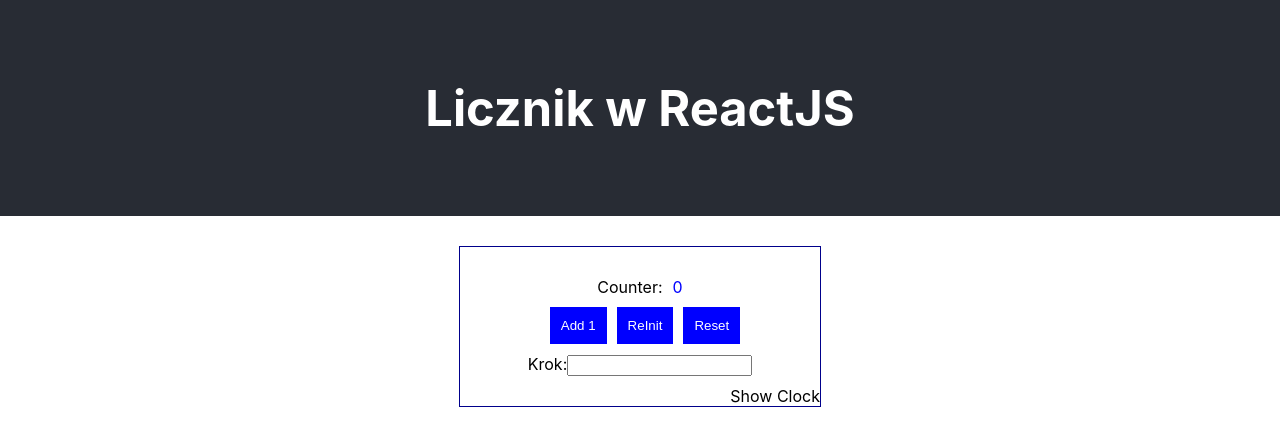
Repository: magdaf41/react-counter-app
Page: /
The author's editor kept a copy of each file at every save. The page is drawn from the files as they stood at one save, then again after the next save.
The browser window is 1280 px wide. The pictures show the whole page.
The project was rebuilt for these pictures with package versions that can differ from the ones it lists, and the page was loaded fresh each time. Also part of the build but not shown: src/Clock.js.

Above is the page before, as saved 2020-10-06 21:08:57.

### src/App.js
import React from 'react';
import './App.css';

import Counter from  './Counter';

function App() {
  return (
    <div className="App">
      <header className="App-header">
        <h1>Licznik w ReactJS</h1>
      </header>
      <Counter initValue={0}>
      </Counter>

    </div>
  );

}
export default App;

### src/Counter.js
import React, { Component } from 'react';
import "./Counter.css";

import Display from './Display';
import ButtonsPanel from './ButtonsPanel';
import Step from './Step';
import Clock from './Clock';

// import { Component } from 'react';

class Counter extends Component {

    constructor(props) {
        super(props);

        this.state = {
            counterValue: this.props.initValue,
            showClock: false,
            stepValue: 5

        };
    }

    changeValue = (action) => {

        console.log('zmieniam wartość')



        this.setState((prevState, prevProps) => {

            let currentCounterValue = prevState.counterValue;


            if (action === 'add') {
                currentCounterValue += this.state.stepValue;
            } else if (action === 'reinit') {
                currentCounterValue = prevProps.initValue;
            } else {
                currentCounterValue = 0;
            }


            return ({
                counterValue: currentCounterValue

            });
        });

    }
    render() {

        let clockElement = '';
        if (this.state.showClock) {
            clockElement = <Clock/>;
        } else {
            clockElement = <span className="show-clock">Show Clock</span>;
        }


        return (
            <div className="counter">
                Counter:
                <Display displayValue={this.state.counterValue} />
                <ButtonsPanel buttonMethod={this.changeValue} />
                {clockElement}
                <Step />



            </div>
        );
    }
}

export default Counter;




// function Counter(props) {

//     let randomNumber = Math.floor(Math.random() * (108 - 1 + 1) + 1);

//     return (
//         <div className="counter">
//             Counter:
//             <span className="value">
//                 {props.initValue}
//             </span>
//         </div>
//     );
// }

// export default Counter;

### src/Counter.css
.counter {
    position: relative;
    border: 1px solid darkblue;
    padding: 30px;
    width: 300px;
    left: 0;
    right: 0;
    margin: 30px auto;
}

.counter span.value {
    margin-left: 10px;

}

### src/Display.js
import React from 'react';
import './Display.css';

function Display(props) {
    return(
        <span className={`value ${(props.displayValue <= 5) ? 'blue' : 'red'}`}>
            {props.displayValue}
        </span>
    );
}

export default Display;

### src/ButtonsPanel.js
import React from 'react';

import './ButtonsPanel.css'

function ButtonsPanel(props) {

    return (
        <div className="buttons-panel">
            <button onClick={() => {
                props.buttonMethod('add');
            }}>Add 1</button>
            <button onClick={() => {
                props.buttonMethod('reinit');
            }}>ReInit</button>
            <button onClick={() => {
                props.buttonMethod('reset');
            }}>Reset</button>
        </div>
    );
}

export default ButtonsPanel;

### src/Step.js

import React, { Component } from 'react';


class Step extends Component {

    constructor(props) {
        super(props);

        this.state = 5;

    }

    render() {
        return (
            <div>
                Krok:
                <input ref={(data) => { this._inputStep = data }} type="number" />
            </div>


        )
    }
}

export default Step;

### src/ButtonsPanel.css
button {
    margin: 10px 0 10px 10px;
    padding: 10px;
    background-color: blue;
    color: white;
    border: 1px solid blue;
    outline: 0;
}

button:hover {
    background-color: darkblue;
    border: 1px solid darkblue;
    cursor: pointer;
    outline: 0;
}

### src/Clock.css
.clock {
    position: absolute;
    bottom: 5px;
    right: 5px;

}

.clock h4 {
    margin: 0;
    font-size: 10px;
    font-weight: lighter;
}

.clock h4 span {
    font-weight: bold;
    color: lightcoral;
}

.clock h4 span:hover {
    text-decoration: underline;
    color: red;
    cursor: pointer;
}

.counter .show-clock {
    display: inline-block;
    position: absolute;
    bottom: 0;
    right: 0;

}

Loaded but not shown: public/index.html (common file); src/index.js (common file); src/index.css (common file); src/serviceWorker.js (common file); src/App.css (common file); src/Display.css (common file)

After the next save:
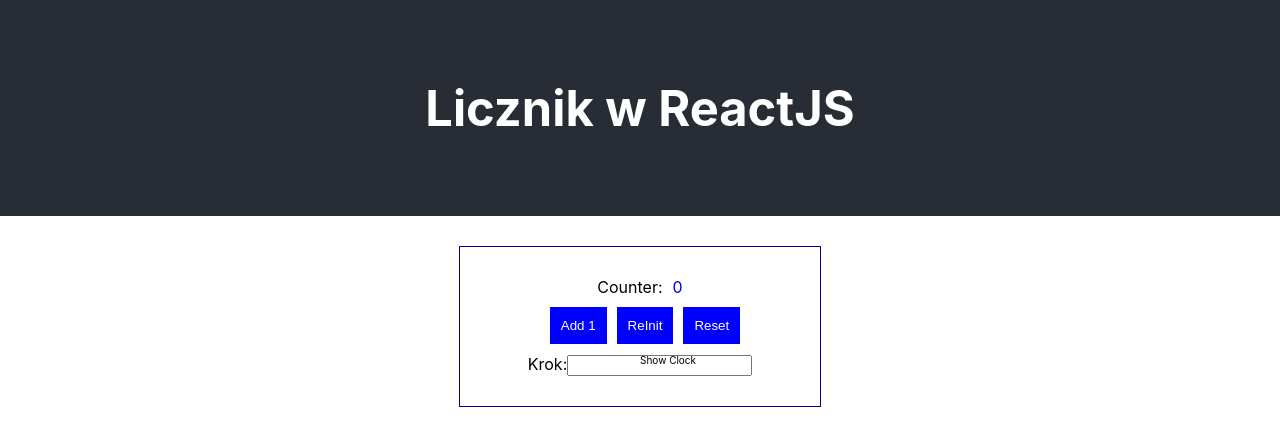
Saved 17 s later.
--- a/src/Clock.css
+++ b/src/Clock.css
@@ -25,7 +25,8 @@
 .counter .show-clock {
     display: inline-block;
     position: absolute;
-    bottom: 0;
-    right: 0;
+    bottom: 5;
+    right: 5;
+    font-size: 10px;
 
 }
